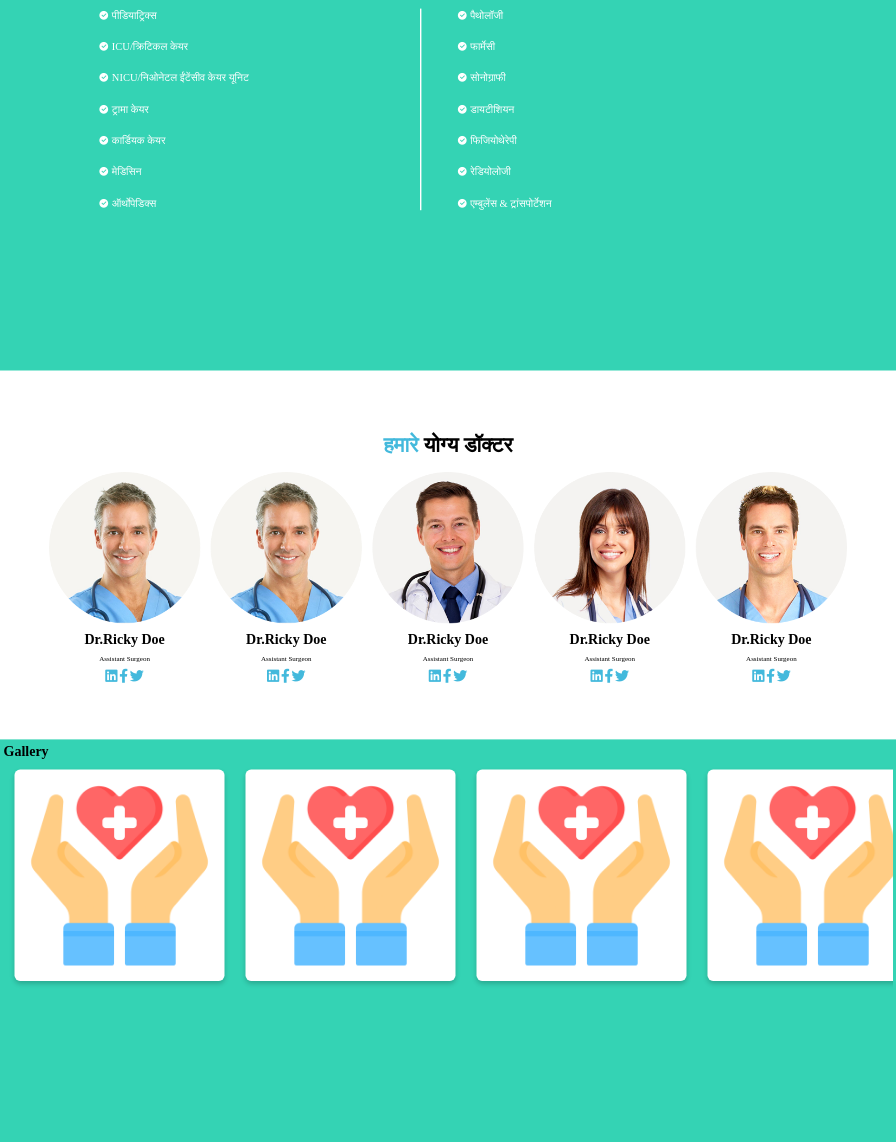
Repository: Aayush919/test
Page: index.html
These files come from the project's save history. The page is drawn as it stood at one moment and after the next save; the edit follows.
The browser window is 1280 px wide. The pictures show the part of the page from y = 2466 to 4386 px (the page is 4098 px tall before and 4386 px after), at 70% of full size.
Some web libraries are served in a nearby version.

Above is the page before, as saved 2023-10-15 13:04:12.
Console error: TypeError: Cannot read properties of null (reading 'addEventListener')

### index.html
<!DOCTYPE html>
<html lang="en">
<head>
    <meta charset="UTF-8">
    <meta http-equiv="X-UA-Compatible" content="IE=edge">
    <meta name="viewport" content="width=device-width, initial-scale=1.0">
    <link href="https://cdn.jsdelivr.net/npm/remixicon@3.5.0/fonts/remixicon.css" rel="stylesheet">
    <link rel="stylesheet" href="fontawesome-free-5.15.3-web/css/all.min.css">
    <link rel="stylesheet" href="style.css">
</head>
<body>
    <header class="header">
        <a href="#" id="logo"><span>माँ </span> हॉस्पिटल <span id="guna">गुना</span></a>

        <nav class="navbar">
        <a href="#">होम</a>
        <a href="#">अबाउट</a>
        <a href="#">गैलरी</a>
        <a href="#">ब्लॉग</a>
        <a href="#">संपर्क</a>

        </nav>

    <div class="icons">
        <i class="ri-linkedin-fill"></i>
        <i class="ri-whatsapp-fill"> </i>

    </div>

<a href="#" id="menu_bars" class="fas fa-bars"></a>
    </header>

   <div class="container">
       <div class="main-text">
           <h2> हमारे पास आपके लिए सर्वोत्तम चिकित्सा योजना विकल्प हैं !</h2>
           <button>संपर्क</button>
       </div>
   </div>
<!-- services we provide -->
<div class="service-section">
    <h2 id="ourservices">हमारी सर्विसेज</h2>
    <div class="inner-service-section">
        <div class="service-box">
            <img src="./images/opd.png" alt="">
        <h2 >मल्टी-स्पेशिलिटी OPD सर्विसेज</h2>
        <p><span>"माँ हॉस्पिटल गुना</span>, आपके लिए मल्टी-स्पेशियलिस्ट आउटपेशेंट डिपार्टमेंट (OPD) सेवा प्रदान करता है, जहाँ रोगियों को विभिन्न चिकित्सा क्षेत्रों के विशेषज्ञों का साथ एक ही छत के नीचे प्राप्त होता है।"</p>
        </div>
        <div class="service-box">
             <img src="./images/em.png" alt="">
        <h2>24*7 इमरजेंसी सर्विसेज</h2>

        <p>
            <span>"माँ हॉस्पिटल गुना</span>, 24*7 ( इमरजेंसी सर्विसेज ) आपातकालीन सेवाएँ प्रदान करते हैं, यानि हमेशा आपके स्वास्थ्य की देखभाल के लिए तैयार खड़े हैं, चाहे रात या दिन
            के किस भी समय हो।"
     </p>
        </div>
        <div class="service-box">
            <img src="./images/icu.png" alt="">
        <h2>ICU/क्रिटिकल केयर</h2>
        <p><span>"माँ हॉस्पिटल गुना</span>, में ICU और गंभीर देखभाल विभाग उन रोगियों के लिए है जो जीवन संकट की स्थिति में हैं। हम उनके लिए उनकी स्वास्थ्य स्थिति की सख्त निगरानी और उच्च गुणवत्ता वाला उपचार प्रदान करने के लिए समर्पित हैं।"
        </p>
        </div>

        <div class="service-box">
            <img src="./images/nicu.png" alt="">
        <h2>NICU/निओनेटल ईंटेंसीव केयर यूनिट</h2>
        <p><span>"माँ हॉस्पिटल गुना</span>,में NICU एक अलग शिशु चिकित्सा इकाई है, जिसमें अलग से जन्म वाले और बाहर से आए शिशुओं के लिए विशेष सेवाएँ उपलब्ध हैं। हम शिशुओं की स्वास्थ्य स्थिति की देखभाल करने और उनके जीवन को बचाने के लिए सशक्त प्रतिबद्ध हैं।"</p>
        </div>
    </div>


    <div class="inner-service-section">
        <div class="service-box">
            <img src="./images/pharmacy.png" alt="">
        <h2>24*7 फार्मेसी </h2>
        <p>"हम 24*7 फार्मेसी सेवा प्रदान करते हैं, ताकि आपको दवाओं और आवश्यक स्वास्थ्य सामग्री की आवश्यकता होने पर भी दिन रात किसी भी समय मिल सके।"
        </p>
        </div>
        <div class="service-box">
          <img src="./images/pathology.png" alt="">
        <h2>पैथोलॉजी</h2>
        <p>"हमारा पैथोलॉजी लैब उच्च गुणवत्ता वाली पथोलॉजी सेवाएँ प्रदान करता है और रोगीयों के निदान और चिकित्सा की सही दिशा में मदद करता है।"</p>
        </div>
        <div class="service-box">
          <img src="./images/ambulance.png" alt="">
        <h2>24*7 एम्बुलेंस</h2>
        <p>"हम एम्बुलेंस सेवा और यातायात की सुविधा प्रदान करते हैं, ताकि आपके स्वास्थ्य आवश्यकता के समय हमारे द्वारा आपको त्वरित और सुरक्षित रूप से पहुंचाया जा सके।"</p>
        </div>

        <div class="service-box">
       <img src="/images/cardiac.png" alt="">
        <h2>कार्डियक केयर</h2>
        <p>"हमारा कार्डियक केयर विभाग हृदय रोगों के निदान, उपचार, और देखभाल में विशेषज्ञता और उच्च गुणवत्ता की गारंटी है। हम रोगियों के स्वास्थ्य की निगरानी रखते हैं और उन्हें स्वस्थ जीवनशैली के लिए मार्गदर्शन प्रदान करते हैं। हम एक सुरक्षित और आदर्श दौरा प्रदान करके हृदय स्वास्थ्य की देखभाल करते हैं।"</p>
        </div>
    </div>
</div>





<div class="work-section">
    <div class="inner-work-section">
        <h2><span>माँ हॉस्पिटल</span>, द्वारा चलाये जाने वाले केम्प की अपडेटेड जानकारी यहा उपलब्ध है।
        </h2>
        <img src="./images/gallery 1.png" alt="">
        </div>
</div>


<!-- our depart-->
<div class="depart">
    <h1>माँ हॉस्पिटल डिपार्टमेंट्स/Departments</h1>
    <div id="keyservice">
        <div id="bx1">
            <h3><span><i class="ri-checkbox-circle-fill"></i></span><a href="#pg1">पीडियाट्रिक्स</a></h3>
            <h3><span><i class="ri-checkbox-circle-fill"></i></span><a href="#pg2">ICU/क्रिटिकल केयर</a></h3>
            <h3><span><i class="ri-checkbox-circle-fill"></i></span><a href="#pg4">NICU/निओनेटल ईंटेंसीव केयर यूनिट</a></h3>
            <h3><span><i class="ri-checkbox-circle-fill"></i></span><a href="#pg5">ट्रामा केयर </a></h3>
            <h3><span><i class="ri-checkbox-circle-fill"></i></span><a href="#pg6">कार्डियक केयर</a></h3>
            <h3><span><i class="ri-checkbox-circle-fill"></i></span><a href="#pg9">मेडिसिन</a></h3>
            <h3><span><i class="ri-checkbox-circle-fill"></i></span><a href="#pg3">ऑर्थोपेडिक्स</a></h3>

        </div>
        <div id="bx2">
            <h3><span><i class="ri-checkbox-circle-fill"></i></span><a href="#pg8">पैथोलॉजी
            </a></h3>
            <h3><span><i class="ri-checkbox-circle-fill"></i></span><a href="#pg7">फार्मेसी</a></h3>
            <h3><span><i class="ri-checkbox-circle-fill"></i></span><a href="#pg10">सोनोग्राफी</a></h3>
            <h3><span><i class="ri-checkbox-circle-fill"></i></span><a href="#pg11">डायटीशियन</a></h3>
            <h3><span><i class="ri-checkbox-circle-fill"></i></span><a href="#pg12">फिजियोथेरेपी
            </a></h3>
            <h3><span><i class="ri-checkbox-circle-fill"></i></span><a href="#pg13">रेडियोलोजी</a></h3>
            <h3><span><i class="ri-checkbox-circle-fill"></i></span><a href="#pg14">एम्बुलेंस &  ट्रांसपोर्टेशन </a></h3>

        </div>
    </div>
</div>
<!-- our depart ended -->

<!-- our docotor seaction -->
<div class="ourteam-section">
    <h2><span>हमारे </span>योग्य डॉक्टर</h2>
    <div class="ourteam-inner">
        <div class="section-box">
            <img src="images/ourteam1.png" alt="">
            <h3>Dr.Ricky Doe</h3>
            <p>assistant surgeon</p>
            <div class="team-social-links">
                <i class="fab fa-linkedin"></i>
                <i class="fab fa-facebook-f"></i>
                <i class="fab fa-twitter"></i>
            </div>
        </div>
        <div class="section-box">
            <img src="images/ourteam1.png" alt="">
            <h3>Dr.Ricky Doe</h3>
            <p>assistant surgeon</p>
            <div class="team-social-links">
                <i class="fab fa-linkedin"></i>
                <i class="fab fa-facebook-f"></i>
                <i class="fab fa-twitter"></i>
            </div>
        </div>
        <div class="section-box">
            <img src="images/ourteam2.png" alt="">
            <h3>Dr.Ricky Doe</h3>
            <p>assistant surgeon</p>
            <div class="team-social-links">
                <i class="fab fa-linkedin"></i>
                <i class="fab fa-facebook-f"></i>
                <i class="fab fa-twitter"></i>
            </div>
        </div>
        <div class="section-box">
            <img src="images/ourteam3.png" alt="">
            <h3>Dr.Ricky Doe</h3>
            <p>assistant surgeon</p>
            <div class="team-social-links">
                <i class="fab fa-linkedin"></i>
                <i class="fab fa-facebook-f"></i>
                <i class="fab fa-twitter"></i>
            </div>
        </div>
        <div class="section-box">
            <img src="images/ourteam4.png" alt="">
            <h3>Dr.Ricky Doe</h3>
            <p>assistant surgeon</p>
            <div class="team-social-links">
                <i class="fab fa-linkedin"></i>
                <i class="fab fa-facebook-f"></i>
                <i class="fab fa-twitter"></i>
            </div>
        </div>

    </div>

</div>
<!-- our doctor seaction end -->

<!-- gallery sections  -->
<div class="gallery">
    <h1>gallery</h1>
    <section class="section-container">
        <div class="product-list-container">
          <div class="product-list" id="productList">
            <!-- Product 1 -->
            <div class="product-card">
              <img src="./images/cardiac.png" alt="">
            </div>
            <div class="product-card">
                <img src="./images/cardiac.png" alt="">
              </div>
              <div class="product-card">
                <img src="./images/cardiac.png" alt="">
              </div>
              <div class="product-card">
                <img src="./images/cardiac.png" alt="">
              </div>
              <div class="product-card">
                <img src="./images/cardiac.png" alt="">
              </div>
              <div class="product-card">
                <img src="./images/cardiac.png" alt="">
              </div>
              <div class="product-card">
                <img src="./images/cardiac.png" alt="">
              </div>
              <div class="product-card">
                <img src="./images/cardiac.png" alt="">
              </div>



          </div>
        </div>



    </div>
    </div>
      </section>
</div>
  <!-- gallery section end-->
<!-- creating footer -->
<!--
<div class="main-footer">
    <div class="inner-footer">
        <h2>get in touch</h2>
        <a href="#">dummy</a>
        <a href="#">dummy</a>
        <a href="#">dummy</a>
        <a href="#">dummy</a>
        <a href="#">dummy</a>
    </div>

    <div class="inner-footer">
        <h2>quick links</h2>
        <a href="#">dummy</a>
        <a href="#">dummy</a>
        <a href="#">dummy</a>
        <a href="#">dummy</a>
        <a href="#">dummy</a>
    </div>

    <div class="inner-footer">
        <h2>services</h2>
        <a href="#">dummy</a>
        <a href="#">dummy</a>
        <a href="#">dummy</a>
        <a href="#">dummy</a>
        <a href="#">dummy</a>
    </div>
</div> -->

<script src="https://cdnjs.cloudflare.com/ajax/libs/gsap/3.12.1/gsap.min.js"integrity="sha512-qF6akR/fsZAB4Co1QDDnUXWnaQseLGXoniuSuSlPQK6+aWhlMZcHzkasCSlnWoe+TJuudlka1/IQ01Dnhgq95g=="crossorigin="anonymous" referrerpolicy="no-referrer"></script>
<script src="https://cdnjs.cloudflare.com/ajax/libs/gsap/3.12.2/ScrollTrigger.min.js"integrity="sha512-Ic9xkERjyZ1xgJ5svx3y0u3xrvfT/uPkV99LBwe68xjy/mGtO+4eURHZBW2xW4SZbFrF1Tf090XqB+EVgXnVjw=="crossorigin="anonymous" referrerpolicy="no-referrer"></script>
    <script src="script.js"></script>
</body>
</html>




<!-- <div class="gel">

    <div class="galleryheading">
        <h2>हमारी <span> गैलरी</span></h2>
    </div>
    <div class="gallery">
        <img src="./images/gallery 1.png" alt="">
        <img src="./images/gallery 1.png"  alt="">
        <img src="./images/gallery3.png" alt="">
        <img src="./images/gallery 4.png" alt="">
        <img src="./images/gallery5.png" alt="">
        <img src="./images/gallery6.png" alt="">
        <img src="/images/gallery6.png" alt="">
        <img src="/images/gallery6.png" alt="">
        <img src="/images/gallery6.png" alt="">
    </div>

</div> -->

### style.css
@import url('https://fonts.googleapis.com/css2?family=Roboto:wght@100;300;400;500;700&display=swap');
:root{
    --fontcolor:#43b9dc;
    --backgroundcolor:#34d3b4;
}
*{
    margin: 0;
    padding: 0;
    font-family:gilroy;
    box-sizing: border-box;
    transition: all .2s linear;
    text-transform: capitalize;
    text-decoration: none;
}
html{
    font-size: 62.5%;
    overflow-x: hidden;
    scroll-behavior: smooth;
}
header{
    position: fixed;
    top: 0;
    left: 0;
    right: 0;
    padding: 2rem 7%;
    display: flex;
    justify-content: space-between;
    align-items: center;
    background:white;
    box-shadow: 0 1rem 1rem rgb(0, 0, 0, .1);
    z-index: 10000000;
}
#guna{
    font-size: 15px;

}
header #logo{
    font-size: 3rem;
    color: black;
}
header #logo span{
    color: var(--fontcolor);
}
header .navbar a{
    font-weight: 600;

    font-size: 1.8rem;
    color: var(--fontcolor);
    margin-left: 1.5rem;
}
.icons i{
font-size: 2rem;
color: var(--fontcolor);
margin-left: 1rem;
}
header #menu_bars{
    font-size: 2rem;
    color: var(--fontcolor);
    display: none;
}
header .navbar.active{
    left: 0;
    transition: .5s;
}
.main-image{

    background-repeat: no-repeat;
    background-size: cover;
    background-position: center;
    width: 100%;
    margin-top: 75px;
    height: 100vh;
}
.container{
    background: url("./images/headerimage.jpg");
    width: 100%;
    padding-top: 8.5rem;
    background-position: center;
    background-size: cover;
    background-repeat: no-repeat;
    height: 100vh;
}
.container .main-text{
    width: 50%;
    position: absolute;
    top: 200px;
    padding: 0 2rem;
    text-align: center;
}
.container .main-text h2{
    font-size: 40px;
    color: #fff;
    padding-bottom: 1.5rem;
}
.container .main-text button{
    padding: 1.5rem 3.5rem;
    background: #3FC1D1;
    color: white;
    border: none;
    border-radius:1px;

    font-weight: 700;
}
.service-section{
    padding: 2rem 7%;
    background: linear-gradient(#43b9dc, #34d3b4);
    min-height: 50vh;
}
#ourservices{
    color: #111;
    font-size: 30px;
    padding: 2rem 0;
    text-align: center;
}
.inner-service-section{
    display: flex;
    flex-wrap: wrap;
    gap: 15px;
    justify-content: center;
    text-align: center;
}
.service-box{
    flex: 1 1 200px;
    padding: 5rem 0;
    box-shadow: 0 1rem 1rem rgba(0, 0, 0, .1);
}
.service-box img{
    color: white;
     height: 10rem;
    padding: .5rem 0;
}

.service-box h2{
    color: #fff;
    font-size: 1.8rem;
    padding: 1rem 0;
}
.service-box p{
    color: white;
    font-size: 1.5rem;
    padding: 0 1rem;
}
.work-section{
    padding: 4rem 7%;
    display: grid;
    grid-template-columns: 2fr 1fr;
    justify-content: center;

}
.inner-work-section img{
    width:  110rem;
    border: 2px solid #34d3b4;
    margin-top: 10px;
}
.inner-work-section h2{
    font-size: 2rem;
    padding: .5rem 0;

}
.inner-work-section h2 span{
    color:#34d3b4;

}
.scnclass{
    padding: 0 1rem;
}
.myimages{
    display: grid;
    grid-template-columns: 1fr 1fr;
    padding-top: 1rem;
}
.btn{
    padding: 1rem 3rem;
    background: var(--backgroundcolor);
    border-radius: 15px;
   display: inline-block;
   color: white;
   font-size: 18px;
   margin-top: 5px;
}
.creative-text{
    padding: 2rem 0;
}
.depart{
    background: var(--backgroundcolor);
    min-height: 85vh;
    padding: 2rem 9%;
}
.depart h1{
    color:#111;
    display: flex;
    align-self: center;
    justify-content: center;
    font-size: 2rem;
}

/* .galleryheading{ */
    /* color: #111;
    padding: 2rem 0;
    text-align: center;
    font-size: 20px;
}
.galleryheading span{
    color: var(--fontcolor);
}
.main-gallery .gallery-box{
    flex: 1 1 300px;
}
.main-gallery{
    display: flex;
    flex-wrap: wrap;
    gap: 15px;
}
.gallery-box img{
    width: 100%;
} */
.ourteam-section{
    padding: 7rem;
}
.ourteam-section h2{
    padding: 2rem;
    font-size: 3rem;
    text-align: center;
}
.ourteam-section h2 span{
    color: var(--fontcolor);
}
.ourteam-inner{
    display: flex;
    /* flex-wrap: wrap; */
    text-align: center;
    gap: 15px;
}
.ourteam-inner .section-box{
    flex: 1 1 250px;
}
.ourteam-inner .section-box img{
    width: 100%;
}
.section-box h3{
    padding: 1rem 0;
    font-size: 2rem;
}
.team-social-links i{
    color: var(--fontcolor);
    font-size: 2rem;
    padding:1rem 0;
}
.main-footer{
    display: flex;
    flex-wrap: wrap;
    justify-content: space-between;
    background: #222;
    padding: 2rem 9%;
    /* height: 70vh; */
}
.inner-footer{
    flex: 1 1 200px;
}
.inner-footer h2{
    color: white;
    font-size: 2rem;
    padding: 2rem 0;
}
.inner-footer a{
    display: block;

    color: white;
    font-size: 1.5rem;
    padding: 1rem;
}












@media (max-width:768px) {
    html{
        font-size: 50%;
    }
    header #menu_bars{
        display: initial;
    }

    header .navbar{
        position: absolute;
        top: 100%;
        left: 100%;
        right: 0;
        background: var(--backgroundcolor);
        height: 100vh;
        text-align: center;

    }
    header .navbar a{
        display: block;

        background: white;
        margin-top: 1rem;
        padding: 2rem;
        width: 90%;
        border-radius: 10px;
    }
    .container .main-text{
        width: 70%;
        padding: 0 ;
    }
   .work-section{
       display: grid;
       grid-template-columns: 1fr;

   }
   .myimages img{
       width: 100%;
   }
   .btn{
       display: block;
   }
   .inner-work-section h2{
    font-size:1.2rem;
   display: flex;
   flex-wrap: wrap;
   align-self:center;
   justify-content: center;
}

.depart{
    background: var(--backgroundcolor);
    min-height:65vh;
    padding: 2rem 9%;
}

.depart h1{
    color:#111;
    display: flex;
    align-self: center;
    justify-content: center;
    font-size: 1.9rem;
}
.ourteam-inner{
    display: flex;
    flex-wrap: wrap;
    text-align: center;
    gap: 15px;
}
.ourteam-section h2{
    padding: 2rem;
    font-size: 2.7rem;
    text-align: center;
}
}

/*
.gallery{
    display: grid;
    grid-template-columns: repeat(3, 1fr);
    gap: 1vh;
    margin-inline: auto;
    max-width: 70rem;

    background: #141414;
    background: var(--backgroundcolor);
    padding: 1vh;
}

 .gallery > img{
    width: 100%;
    aspect-ratio: 1 / 1;
    object-fit: cover;
    transition: all 0.3s ease;
    border-radius:2px;

}

.gallery:has(img:hover) img:not(:hover) {
    scale: 0.8;
    opacity: 0.5;
    filter: grayscale(70%);
}
 */


#keyservice {
    padding-top: 4vw;
    padding-left: 2vw;
    font-family: g-r;
    /* background-color: crimson; */
    height: 55vh;
    display: flex;
    justify-content: space-between;
}

#keyservice h3 {
    color: #ffffff;
    display: flex;
    cursor: pointer;
    font-family: g-r;
    font-weight: 300;
    font-size: 1.5rem;

     line-height: 2rem;

}

#keyservice h3:hover {
    color: yellow;
    font-weight: 500;
}

#keyservice h3 span {
    color: #ffffff;
    margin-right: 4px;
}

#keyservice h3 a {
    text-decoration: none;
    color: #fff;
}

#keyservice h3 a:hover {
    color: yellow;
}

#bx1 {
    /* background-color: #77b9d7; */
    height: 40vh;
    display: flex;
    flex-direction: column;
    justify-content: space-between;
    width: 45%;
    border-right: 2px solid white;
}

#bx2 {
    height: 40vh;
    display: flex;
    flex-direction: column;
    justify-content: space-between;
    /* height: 25.5vh; */
    width: 50%;
    /* background-color: #9477d7; */
}

section-container {
    min-height: 100vh;
    /* background: #34d3b4; */
    margin: auto;
    /* padding: 20px; */
    display: flex;
    align-items: center; /* Align the scroll icon vertically */
    /* margin-top: 40px; */
  }

  .product-list-container {
    position: relative;
    overflow-x: auto;
    white-space: nowrap;
    scrollbar-width: thin;
    scrollbar-color: #333 #ccc;
    cursor: pointer;
  }

  .product-list {
    display: flex;
    flex-direction: row;
  }

  .product-card {
    position: relative;
    flex: 0 0 auto;
      width:300px;
    margin: 15px;
    padding: 20px;
    box-shadow: 0 4px 8px rgba(0, 0, 0, 0.2);
    border-radius: 8px;
        background: #fff;
  }


  .product-card img {
    width: 100%;
    height: auto;
  }

  /* Style scrollbar for Chrome, Safari, and Opera */
  .product-list-container::-webkit-scrollbar {
    width: 5px;
    height: 5px;
  }

  .product-list-container::-webkit-scrollbar-thumb {
    background: #333;
  }

  .product-list-container::-webkit-scrollbar-thumb:hover {
    background:#34d3b4;
  }

  .gallery{
    min-height: 80vh;
    background-color:#34d3b4;
    padding: .5rem;

  }


/*
  @media screen and (max-width: 600px) {
    .product-card {
      width: 90%;
      margin: 10px;
    }
  }
   */

### script.js
let menubtn =document.querySelector('#menu_bars');
let mynav =document.querySelector('.navbar');

menubtn.onclick = () =>{
    menubtn.classList.toggle('fa-times');
    mynav.classList.toggle('active');
}


var ts = document.querySelector('#testimonialsSlide');
var psd= document.querySelector('#pointsliderdiv');
let countTS = 0;
let psdCnt =0;
document.querySelector("#buttonsss1").addEventListener('click',function(){


    psdCnt -=14
    if(psdCnt === -14){
        psdEnd()
    }
    psd.style.left= psdCnt + '%';

    countTS += 100;
    if(countTS === 100){
        TreachStart();
    }
    ts.style.left = countTS + 'vw';
})

document.querySelector("#buttonsss2").addEventListener('click',function(){


    psdCnt +=14
    if(psdCnt === 98){
        psdStart()
    }
    psd.style.left = psdCnt + '%';


    countTS -= 100;
    if(countTS === -700){
        TreachEnd();
    }
    ts.style.left = countTS + 'vw';
})

function psdEnd(){
    psdCnt = 84;
}
function psdStart(){
    psdCnt = 0;
}

function TreachEnd(){
    countTS = 0;
}
function TreachStart(){
    countTS = -600;
}

function movingTestimonials(){
    document.querySelector("#buttonsss2").click();
}

setInterval(movingTestimonials,7000);



document.addEventListener("DOMContentLoaded", function() {
    const scrollRight = document.getElementById("scrollRight");
    const productListContainer = document.querySelector(".product-list-container");

    console.log("Initial Scroll Left:", productListContainer.scrollLeft);

    scrollRight.addEventListener("click", function() {
      console.log("Clicked!");
      productListContainer.scrollBy({
        top: 0,
        left: 620,
        behavior: 'smooth'
      });
      console.log("Scroll Left After:", productListContainer.scrollLeft);
    });
  });

Loaded but not shown: fontawesome-free-5.15.3-web/css/all.min.css (library)

After the next save:
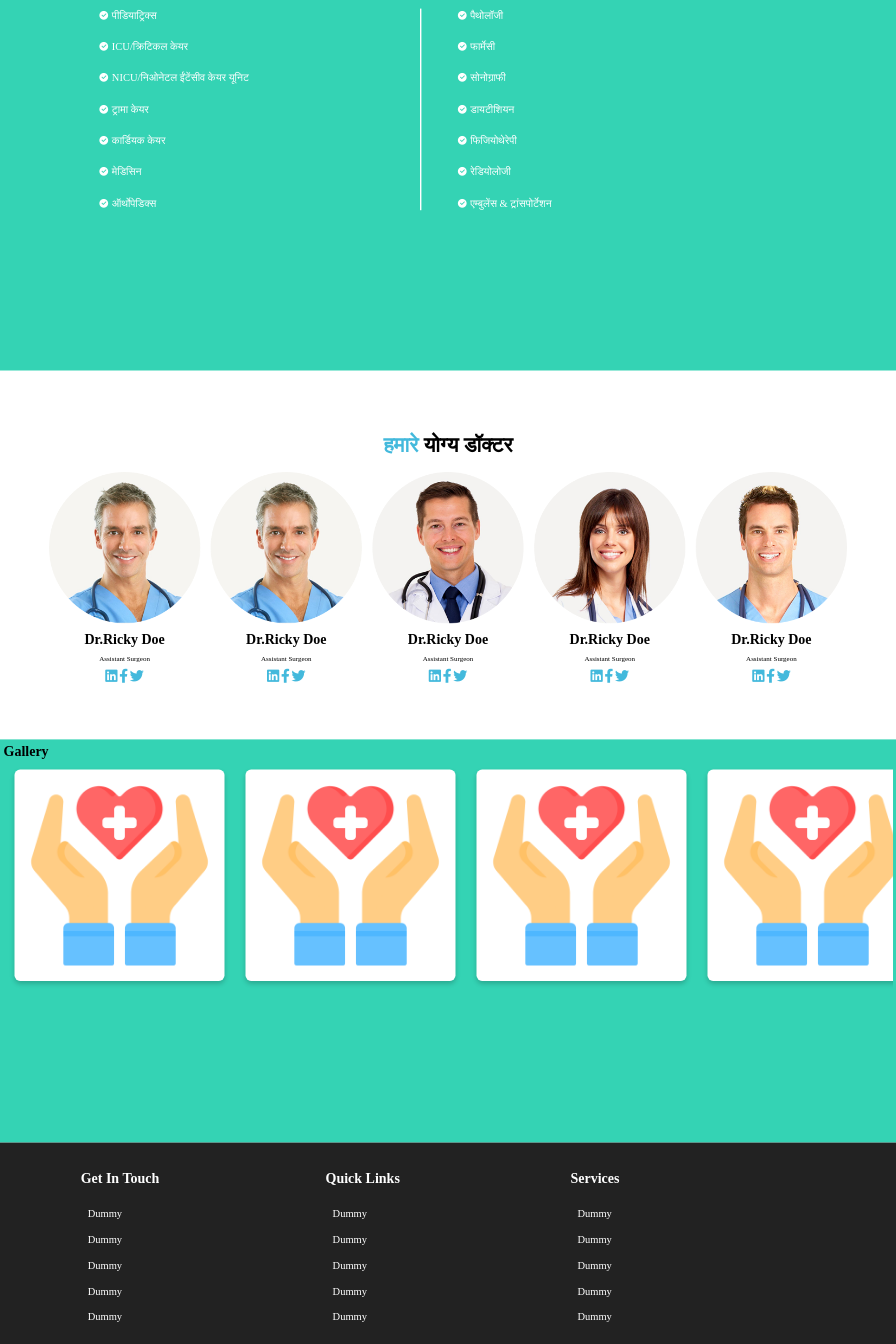
Saved 3 s later.
--- a/index.html
+++ b/index.html
@@ -243,7 +243,7 @@
 </div>
   <!-- gallery section end-->
 <!-- creating footer -->
-<!--
+
 <div class="main-footer">
     <div class="inner-footer">
         <h2>get in touch</h2>
@@ -271,7 +271,7 @@
         <a href="#">dummy</a>
         <a href="#">dummy</a>
     </div>
-</div> -->
+</div>
 
 <script src="https://cdnjs.cloudflare.com/ajax/libs/gsap/3.12.1/gsap.min.js"integrity="sha512-qF6akR/fsZAB4Co1QDDnUXWnaQseLGXoniuSuSlPQK6+aWhlMZcHzkasCSlnWoe+TJuudlka1/IQ01Dnhgq95g=="crossorigin="anonymous" referrerpolicy="no-referrer"></script>
 <script src="https://cdnjs.cloudflare.com/ajax/libs/gsap/3.12.2/ScrollTrigger.min.js"integrity="sha512-Ic9xkERjyZ1xgJ5svx3y0u3xrvfT/uPkV99LBwe68xjy/mGtO+4eURHZBW2xW4SZbFrF1Tf090XqB+EVgXnVjw=="crossorigin="anonymous" referrerpolicy="no-referrer"></script>
